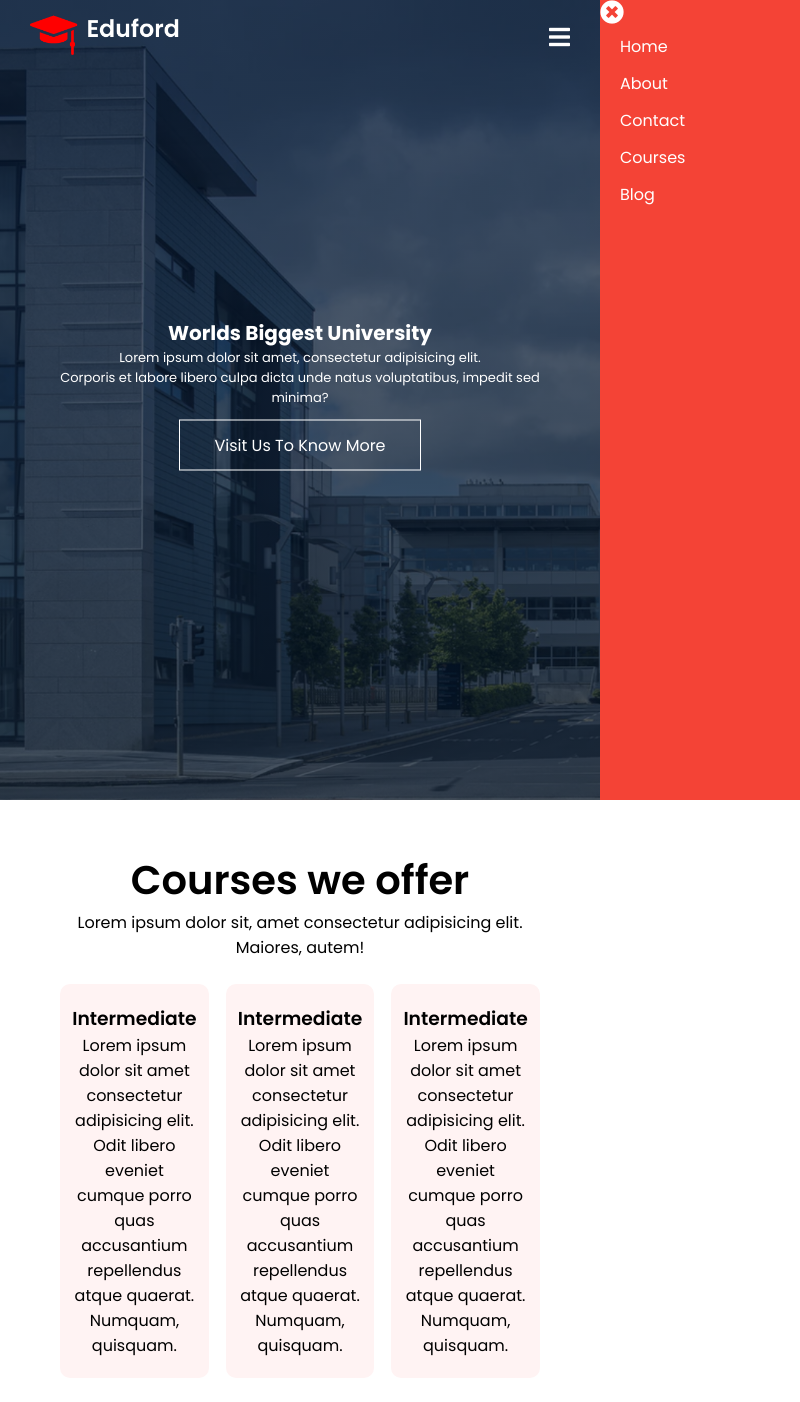
Repository: yashrajverma/Practise
Page: index.html
These files come from the project's save history. The page is drawn as it stood at one moment and after the next save; the edit follows.
The browser window is 600 px wide. The page is 800 px wide, so the pictures cover 800 px, including what lies to the right of the window. The pictures show the whole page.

Above is the page before, as saved 2021-04-27 12:10:38.

After the next save:
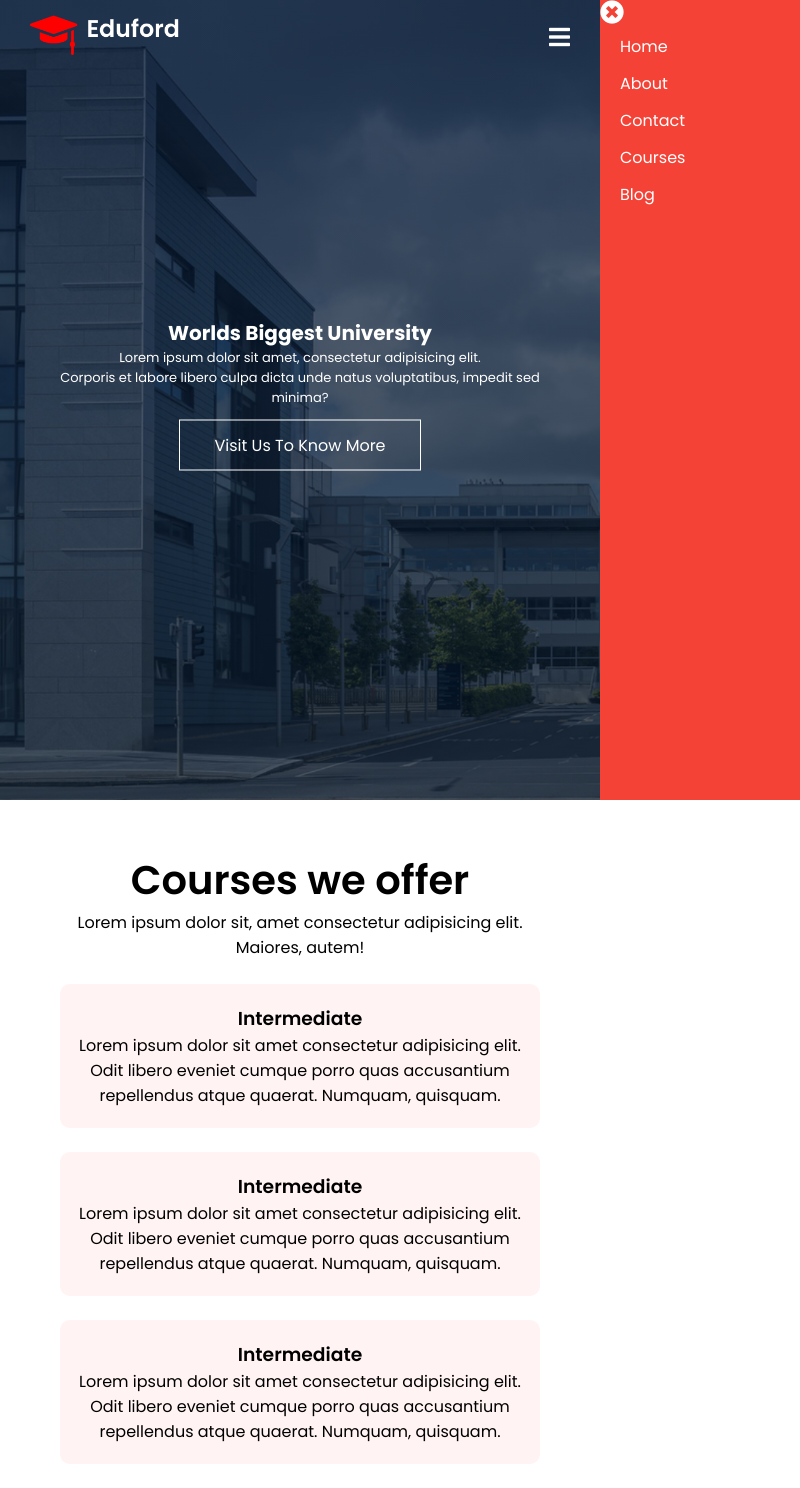
Saved 52 s later.
--- a/style.css
+++ b/style.css
@@ -145,3 +145,9 @@
 .course-col:hover{
     box-shadow: 0 0 20px 0 rgba(0,0,0,0.2);
 }
+
+@media(max-width:700px){
+    .row{
+        flex-direction: column;
+    }
+}
